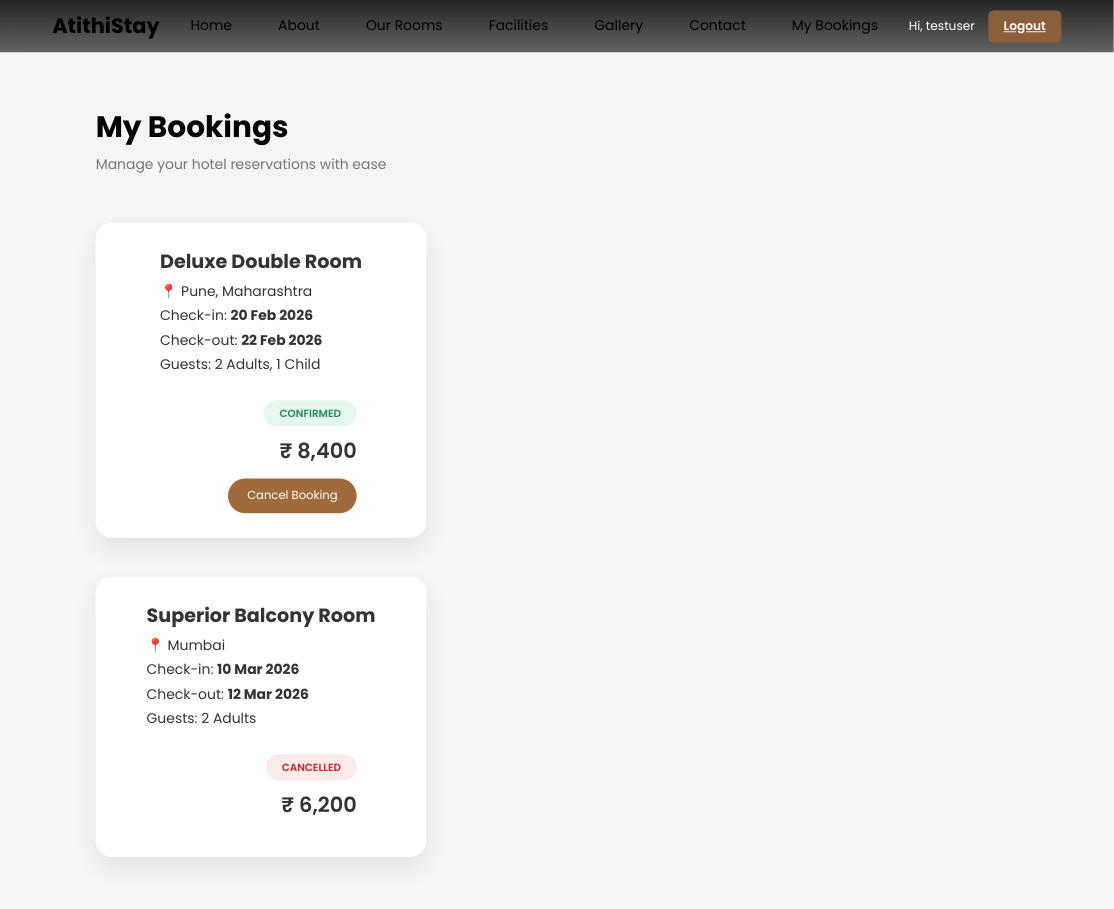
Repository: shraddhasal/HotelManagementSystem
Page: http://localhost/HMS/jsp/user/mybookings.jsp
The author's editor kept a copy of each file at every save. The page is drawn from the files as they stood at one save, then again after the next save.
The browser window is 1280 px wide. The pictures show the whole page, at 87% of full size.
The page is served by Tomcat 10. The session is filled in as if someone had signed in: {"userName": "testuser"}.

Above is the page before, as saved 2026-02-17 12:40:49.

After the next save:
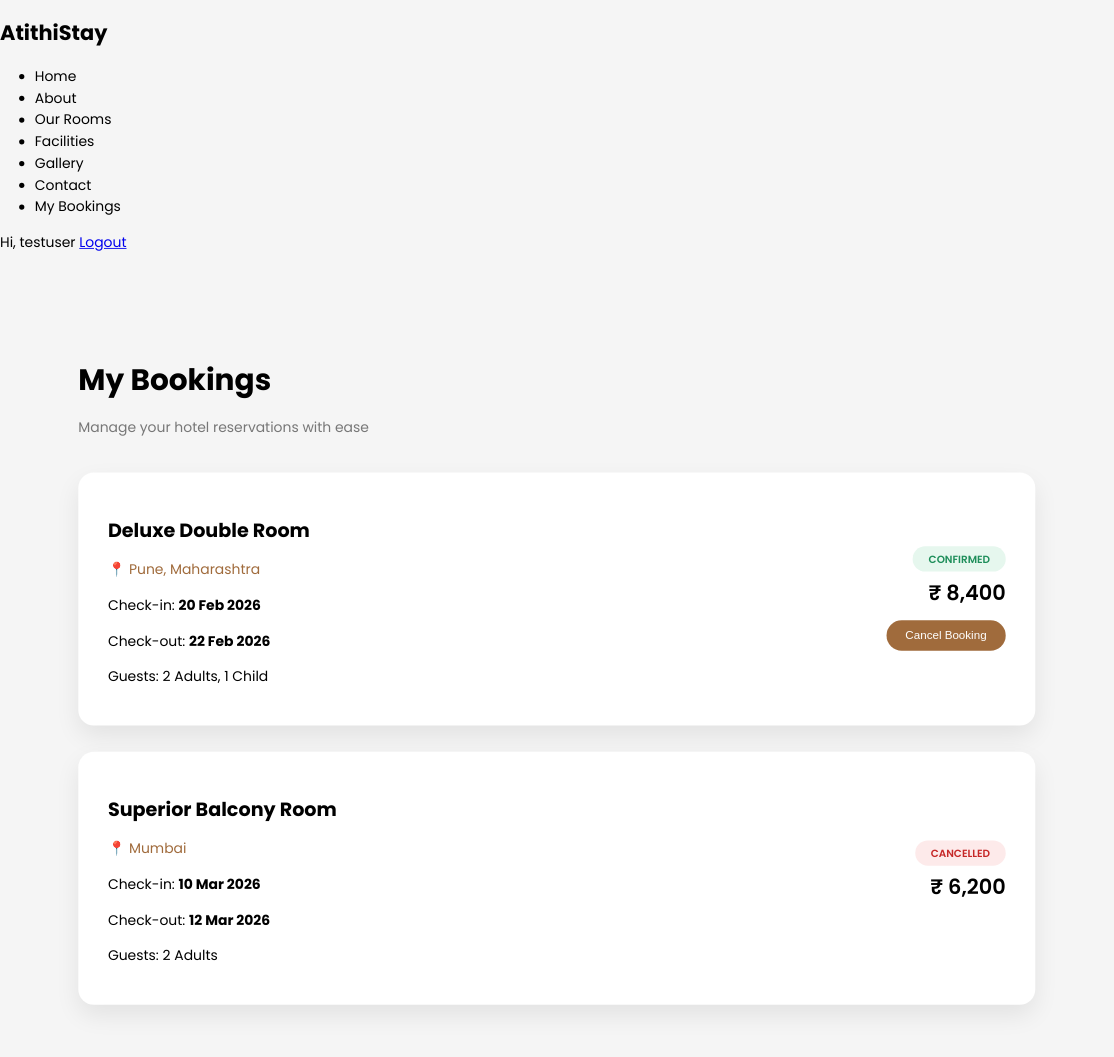
Saved 2 min 52 s later.
--- a/HMS/src/main/webapp/css/mybookings.css
+++ b/HMS/src/main/webapp/css/mybookings.css
@@ -1,20 +1,17 @@
-@import url("./home.css");
+/* DO NOT IMPORT home.css */
 
-/* BASE */
 body {
   font-family: 'Poppins', sans-serif;
   background: #f5f5f5;
   margin: 0;
 }
 
-/* PAGE */
 .mybookings-page {
   max-width: 1100px;
-  margin: 120px auto 60px; /* PERFECT spacing below navbar */
+  margin: 120px auto 60px;
   padding: 0 20px;
 }
 
-/* HEADER */
 .mybookings-header h1 {
   font-size: 34px;
   margin-bottom: 6px;
@@ -25,14 +22,12 @@ body {
   margin-bottom: 40px;
 }
 
-/* CONTAINER */
 .bookings-container {
   display: flex;
   flex-direction: column;
   gap: 30px;
 }
 
-/* HORIZONTAL CARD */
 .booking-card {
   background: #ffffff;
   border-radius: 18px;
@@ -43,7 +38,6 @@ body {
   box-shadow: 0 12px 28px rgba(0,0,0,0.08);
 }
 
-/* LEFT */
 .booking-left h3 {
   font-size: 22px;
   margin-bottom: 6px;
@@ -54,44 +48,27 @@ body {
   margin-bottom: 10px;
 }
 
-.booking-left p {
-  margin: 4px 0;
-  color: #333;
-}
-
-/* RIGHT */
 .booking-right {
   text-align: right;
   min-width: 220px;
 }
 
-/* PRICE */
 .price {
   font-size: 24px;
   font-weight: 600;
   margin: 10px 0 14px;
 }
 
-/* STATUS */
 .status {
-  display: inline-block;
   padding: 6px 18px;
   border-radius: 20px;
   font-size: 12px;
   font-weight: 600;
 }
 
-.confirmed {
-  background: #e6f7ee;
-  color: #1e8e5a;
-}
+.confirmed { background: #e6f7ee; color: #1e8e5a; }
+.cancelled { background: #fdeaea; color: #c62828; }
 
-.cancelled {
-  background: #fdeaea;
-  color: #c62828;
-}
-
-/* BUTTON */
 .cancel-btn {
   background: #a06b3c;
   color: white;
@@ -101,11 +78,6 @@ body {
   cursor: pointer;
 }
 
-.cancel-btn:hover {
-  opacity: 0.9;
-}
-
-/* MOBILE */
 @media (max-width: 768px) {
   .booking-card {
     flex-direction: column;
